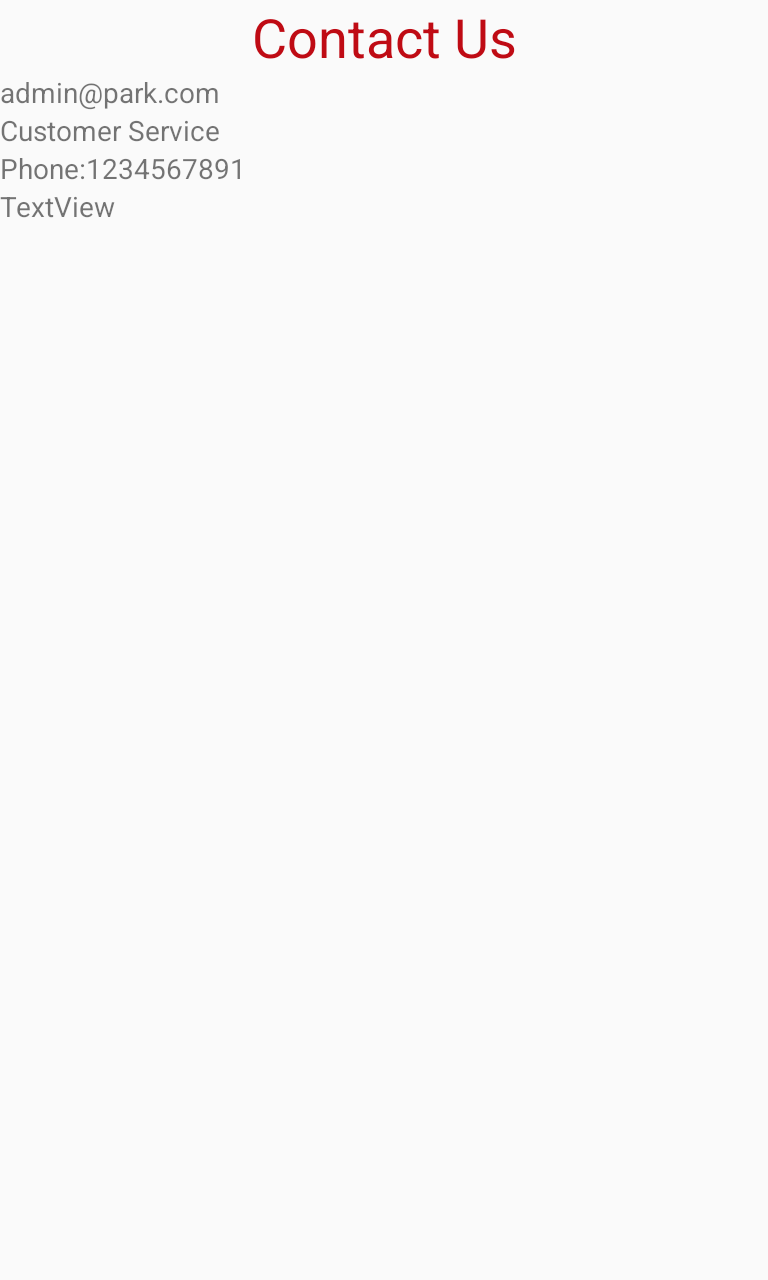
Repository: adarshnair13/message
Layout: myproject/res/layout/adarsh4.xml
The author's editor kept a copy of each file at every save. The layout is drawn from the files as they stood at one save, then again after the next save.
It is drawn on a 768 x 1280 px phone screen (xhdpi) without system bars, with theme AppTheme; the app's code is not run.

Above is the layout before, as saved 2015-04-17 07:29:40.

After the next save:
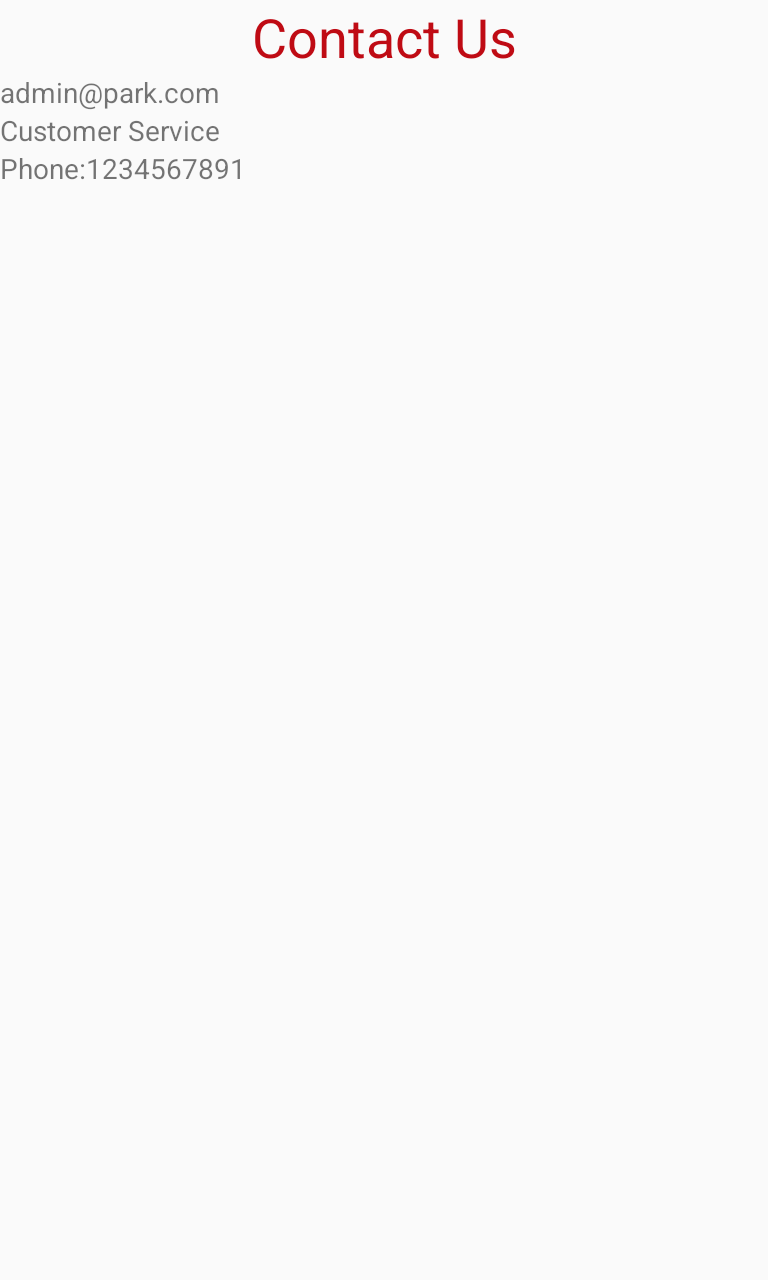
Saved 85 s later.
--- a/myproject/res/layout/adarsh4.xml
+++ b/myproject/res/layout/adarsh4.xml
@@ -31,10 +31,4 @@
         android:layout_height="wrap_content"
         android:text="Phone:1234567891" />
 
-    <TextView
-        android:id="@+id/textView5"
-        android:layout_width="wrap_content"
-        android:layout_height="wrap_content"
-        android:text="TextView" />
-
 </LinearLayout>
